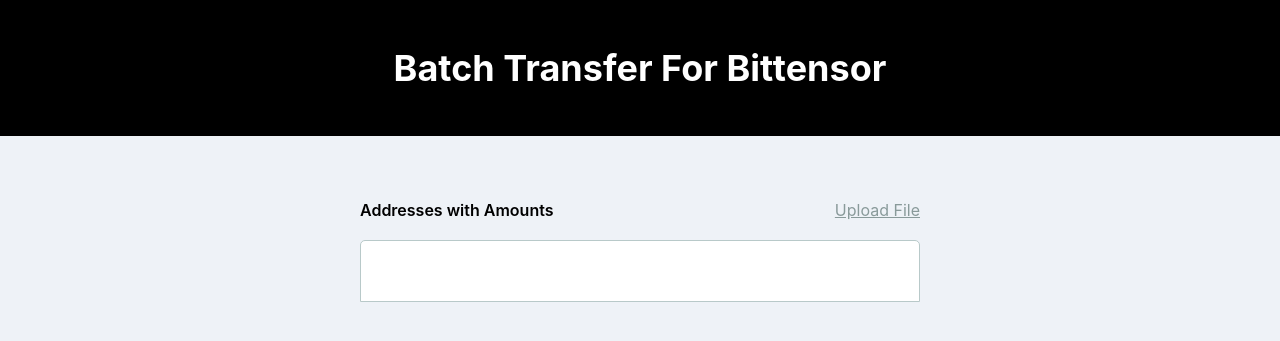
Repository: Dawid-Ace/batch_transfer_tao_master_ui
Page: /
The author's editor kept a copy of each file at every save. The page is drawn from the files as they stood at one save, then again after the next save.
The browser window is 1280 px wide. The pictures show the whole page.
The project was rebuilt for these pictures with package versions that can differ from the ones it lists, and the page was loaded fresh each time.

Above is the page before, as saved 2023-05-10 03:45:10.

### src/App.js
import './App.css';
import { TransferForm } from './components/TransferForm';

function App() {
  return (
    <div className="app-container">
      <div className="header-container">
        Batch Transfer For Bittensor
      </div>

      <div className="main-container">
        <TransferForm />
      </div>
    </div>
  );
}

export default App;

### src/App.css
.app-container {
	display: flex;
	flex-direction: column;
	position: relative;
	width: 100%;
	height: 100vh;
}

.header-container {
	display: flex;
	justify-content: center;
	align-items: center;
	padding-top: 46px;
	padding-bottom: 46px;
	background-color: black;
	font-size: 36px;
	color: white;
	font-weight: 700;
}

.main-container {
	display: flex;
	justify-content: center;
	padding-top: 46px;
	background-color: rgb(238, 242, 247);
	height: 100%;
}

### src/components/TransferForm/index.jsx
import React, { useEffect, useState } from "react";
import styled from 'styled-components';
import DataTable from 'react-data-table-component';

const columns = [
  {
    name: 'Title',
    selector: row => row.title,
  },
  {
    name: 'Year',
    selector: row => row.year,
  },
];
const data = [
  {
    id: 1,
    title: 'Beetlejuice',
    year: '1988',
  },
  {
    id: 2,
    title: 'Ghostbusters',
    year: '1984',
  },
]
export const TransferForm = () => {
  /*
  const fetchUserBalance = async address => {
    const res = await api.query.system.account(address);
    if (res.isEmpty) return 0;
    const { data } = res.toJSON();
    return data.free / UNIT;
  };

  const fetchAndSetUserBalance = async () => {
    const _balance = await fetchUserBalance(currentAccount.address);
    setBalance(_balance);
  };

  const getFromAccount = async () => {
    const {
      address,
      meta: { source, isInjected }
    } = currentAccount;

    if (!isInjected) {
      return [currentAccount];
    }

    // currentAccount is injected from polkadot-JS extension, need to return the addr and signer object.
    // ref: https://polkadot.js.org/docs/extension/cookbook#sign-and-send-a-transaction
    const injector = await web3FromSource(source);
    return [address, { signer: injector.signer }];
  };

  const txResHandler = ({ status }) => {
    setTxStatus({
      visible: true,
      ...(status.isFinalized
        ? { type: 'success', message: 'Success' }
        : { type: 'info', message: `Current transaction status: ${status.type}` })
    });
    if (status.isFinalized) fetchInfo();
  };

  const txErrHandler = err => {
    setTxStatus({ visible: true, type: 'error', message: `😞 Transaction Failed: ${err.toString()}` });
  };

  const submitTx = async tx => {
    setPending(true);
    const fromAccount = await getFromAccount();
    tx.signAndSend(...fromAccount, txResHandler)
      .catch(txErrHandler)
      .finally(() => setPending(false));
  };

  const onUnstake = () => {
    submitTx(api.tx.subtensorModule.removeStake(HOTKEY, Math.floor(amount * UNIT)));
  };
  */


  const FlexWrapper = styled.div`
    display: flex;
    justify-content: space-between;
    items-align: center;
  `

  const FormLabel = styled.p`
    color: black;
    font-weight: 600;
    font-size: 16px;
    line-height: 160%;
  `;

  const UploadSwitch = styled.p`
    color: #899A9A;
    font-size: 16px;
    font-weight: 400;
    line-height: 160%;
    text-decoration: underline;
  `

  const FormWrapper = styled.form`
    max-width: 560px;
    min-width: 560px;
    display: flex;
    flex-direction: column;
  `;

  const FormInput = styled.div`
    border: solid 1px #B8C9C9;
    border-top-left-radius: 5px;
    border-top-right-radius: 5px;
    padding: 20px;
    background-color: white

  `

  return (
    <FormWrapper>
      <FlexWrapper>
        <FormLabel>
          Addresses with Amounts
        </FormLabel>

        <UploadSwitch>
          Upload File
        </UploadSwitch>
      </FlexWrapper>

      <FormInput contentEditable placeholder="Insert address and amount, seperate with comma" />

    </FormWrapper>
  )
}

Loaded but not shown: public/index.html (common file); src/index.js (common file); src/index.css (common file); src/reportWebVitals.js (common file)

After the next save:
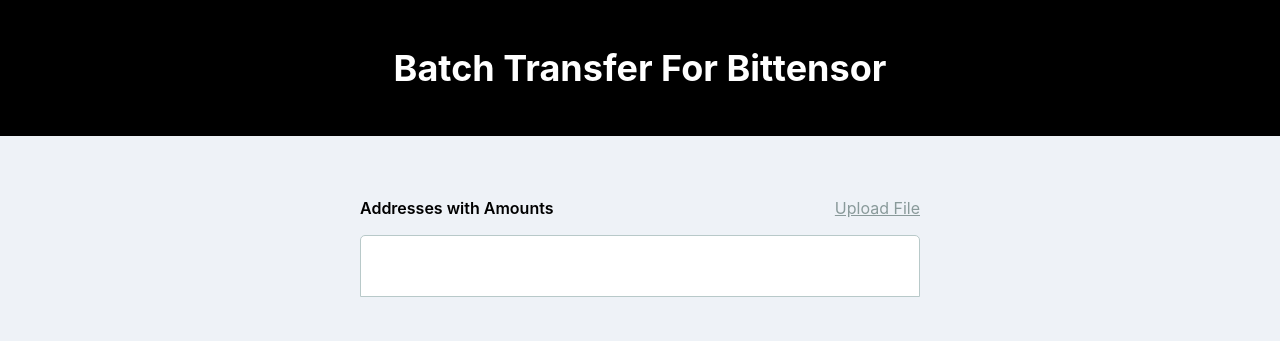
Saved 29 s later.
--- a/src/components/TransferForm/index.jsx
+++ b/src/components/TransferForm/index.jsx
@@ -92,14 +92,14 @@
     color: black;
     font-weight: 600;
     font-size: 16px;
-    line-height: 160%;
+    line-height: 130%;
   `;
 
   const UploadSwitch = styled.p`
     color: #899A9A;
     font-size: 16px;
     font-weight: 400;
-    line-height: 160%;
+    line-height: 130%;
     text-decoration: underline;
   `
 
